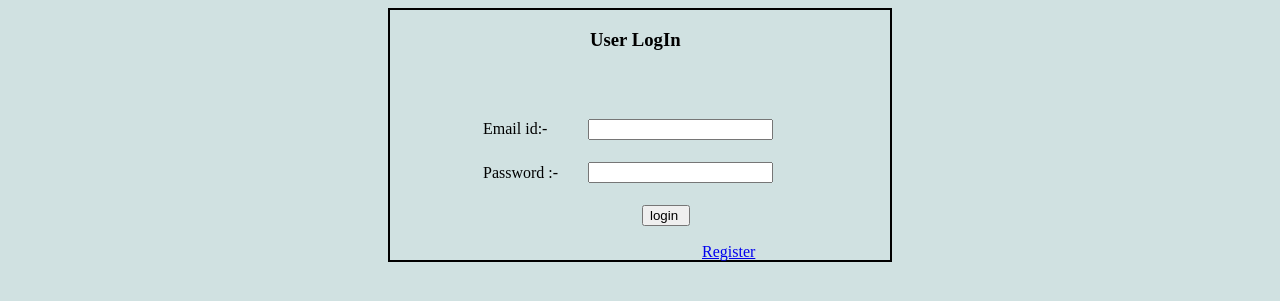
Repository: ShivrajMPujari/ServletApplication
Page: http://localhost/LoginRegistration/
These files come from the project's save history. The page is drawn as it stood at one moment and after the next save; the edit follows.
The browser window is 1280 px wide. The pictures show the whole page.
The page is served by Tomcat 9. Other server files are loaded and not shown.

Above is the page before, as saved 2018-07-12 05:40:53.

### LoginRegistration/src/main/webapp/index.jsp
<!DOCTYPE html>
<html>
<head>
<meta charset="UTF-8">
<title>Insert title here</title>
<link rel="stylesheet" href="index.css"/>

<script type="text/javascript">

var validation = function() {
    var email = document.myForm.emailId.value;
    var password = document.myForm.password.value;
    var emailMessage = document.getElementById("emailMsg");
    var passwordMessage = document.getElementById("passwordMsg");
   // console.log(email + " " + password);
    //var emailRegEx = new RegExp("^[a-zA-z0-9,+-]+@[a-zA-Z0-9-]+\.[a-zA-Z0-9-.]+$");
    //var emailRegEx = new RegExp( "/^[^\s@_]+[^\s]+@[^\s@]+\.[^\s@]{2,}$/");
      var emailRegEx = /^[a-zA-Z]+[a-zA-Z0-9._]+@[a-z]+\.[a-z.]{2,5}$/;


    if (emailRegEx.test(email) && password.length > 3) {
    	 console.log(email + " " + password);
        return true;

    } else if (emailRegEx.test(email) == false) {
        // alert("email id or password is incorrect");
        emailMessage.innerHTML = "*Invalid mail id";
        return false;
    } else if (password.length < 4) {

        passwordMessage.innerHTML = "*Password should contain atleast 4 characters";
        return false;
    }
}


</script>


</head>
<body>

<div class="tableDiv">
  <h3 class = "heading" > User LogIn </h3>
<form action="login" method="get" name="myForm" onsubmit="return validation()">
          <table class="loginTabel">

                <tr>
                    <td> Email id:- </td>
                    <td> <input type="email" name="emailId" required/></td>
                </tr>
                <tr>
                    <td></td>
                    <td colspan="2" ><span id="emailMsg"></span></td>
                </tr>
                <tr>
                    <td>Password :- </td>
                    <td> <input type="password" name="password" required/> </td>
                </tr>
                <tr>

                    <td colspan="2"><span id="passwordMsg"></span></td>
                </tr>
                <tr>
                    <td colspan="2" class="submitButton"> <input class="btn" type="submit" value="login " /></td>
                </tr>
                <tr>
                    <td colspan="2" class="register"><a href="Registration.jsp">Register</a></td>
                </tr>

            </table>
</form>
</div>
</body>
</html>

### LoginRegistration/src/main/webapp/index.css

body{
	background-color: #d0e1e1;
}

.tableDiv{
	height:250px;
	width:500px;
	margin:auto;
	border:2px solid black;
}

.heading{

	padding-left: 200px;
}
.loginTabel{

	height:200px;
	width:400px;
	margin:auto;
    padding-top: 40px;
    padding-left: 40px;
}
.submitButton{
	padding-left:160px;

}
.register{

	padding-left:220px;
}
#emailMsg{
color: red;
font-size: 12px;
}
#passwordMsg{
	color: red;
	font-size: 12px;
}

After the next save:
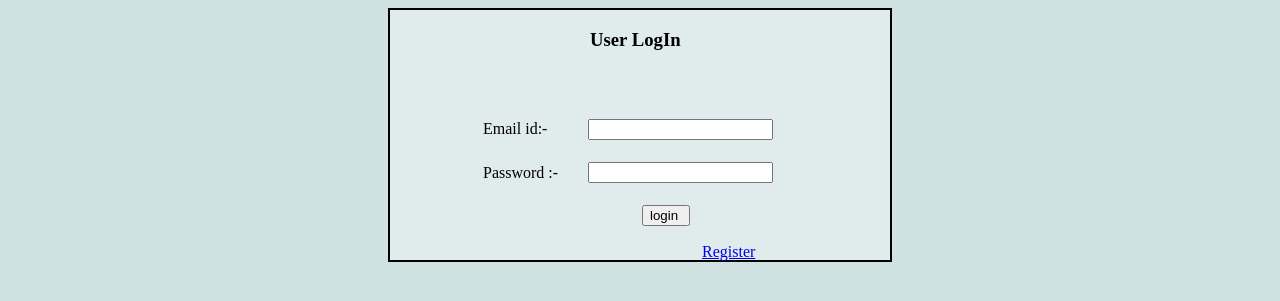
Saved 24 s later.
--- a/LoginRegistration/src/main/webapp/index.css
+++ b/LoginRegistration/src/main/webapp/index.css
@@ -8,6 +8,7 @@ body{
 	width:500px;
 	margin:auto;
 	border:2px solid black;
+	background-color: #e0ebeb;
 }
 
 .heading{
